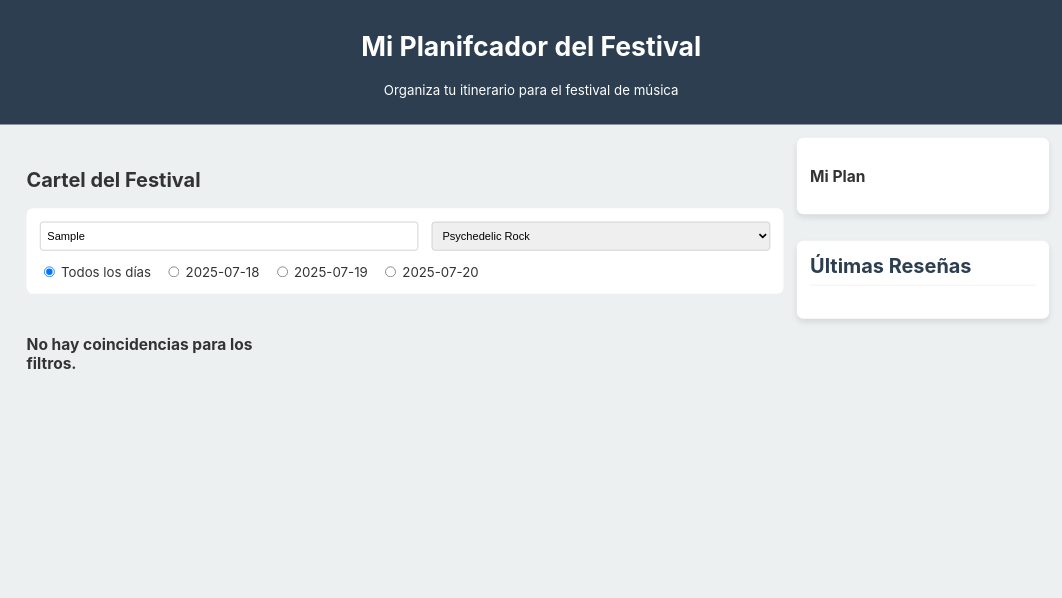
Repository: rotoforze/DWEC
Page: 2_examen_alexBernardos/index.html
These files come from the project's save history. The page is drawn as it stood at one moment and after the next save; the edit follows.
The browser window is 1280 px wide. The pictures show the whole page, at 83% of full size.
Empty fields were first filled with sample values (such as "Sample", 5 or name@example.com).
After loading, the first visible `#filter-genre` was changed once.

Above is the page before, as saved 2025-12-12 12:02:35.

After the next save:
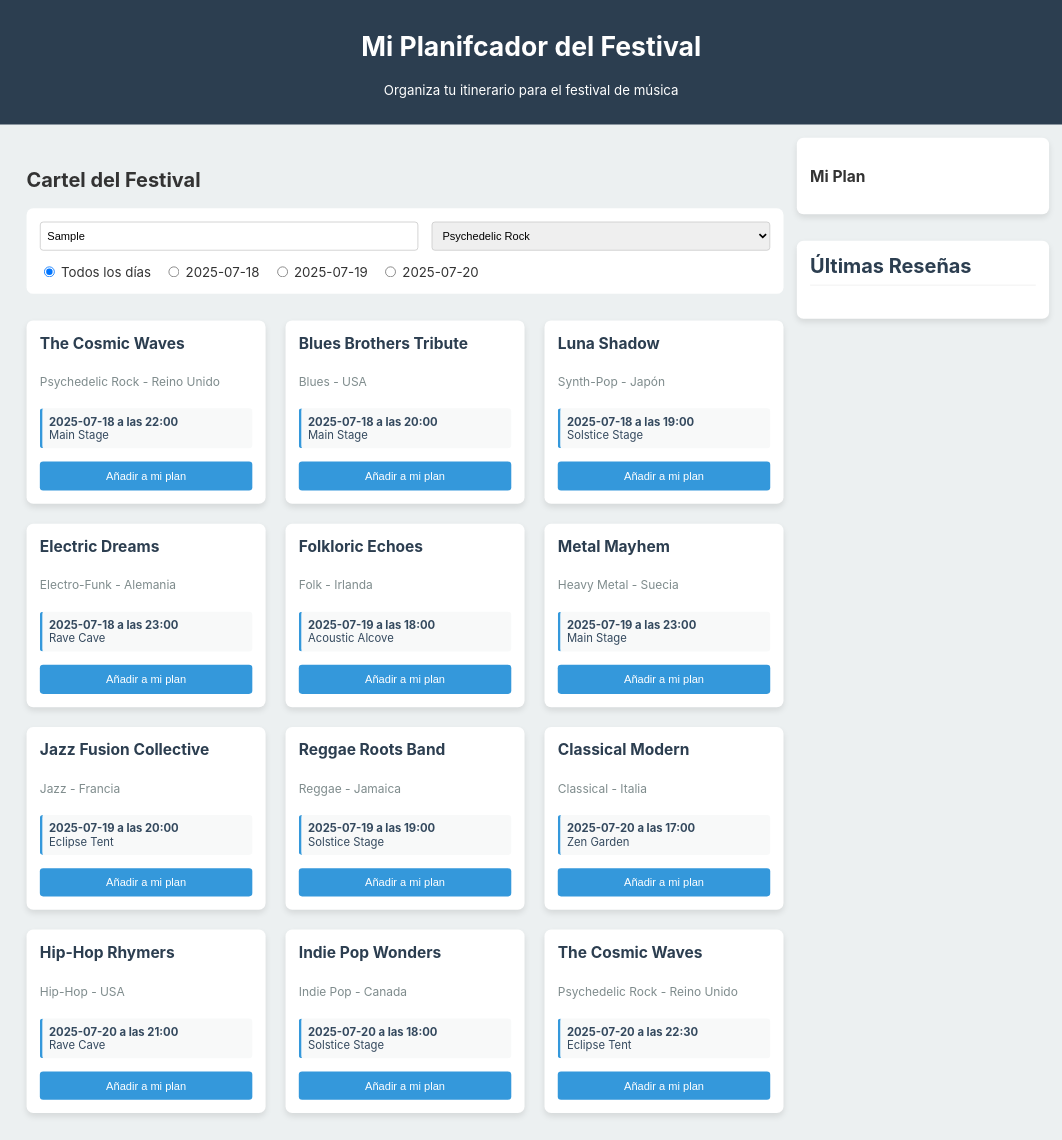
Console error: ReferenceError: consolelog is not defined
Saved 21 s later.
--- a/2_examen_alexBernardos/js/dataManager.js
+++ b/2_examen_alexBernardos/js/dataManager.js
@@ -123,6 +123,7 @@
     // filtro por busqueda
     const busqueda = document.querySelector('#search-name').value;
     if (busqueda) {
+        consolelog(busqueda)
         horariosFiltrados = horariosFiltrados.filter((horario) => {
             if (getArtista(horario.artistaId).nombre.toLowerCase() == busqueda.toLowerCase()) {
                 return horario;

After the save that followed:
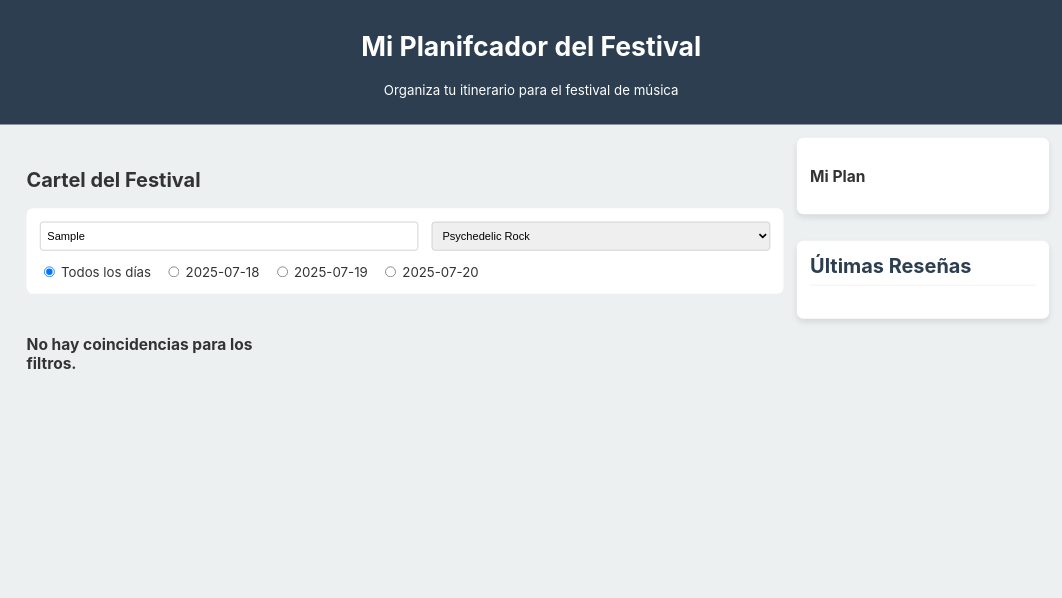
The error is gone.
Saved 5 s later.
--- a/2_examen_alexBernardos/js/dataManager.js
+++ b/2_examen_alexBernardos/js/dataManager.js
@@ -123,7 +123,7 @@
     // filtro por busqueda
     const busqueda = document.querySelector('#search-name').value;
     if (busqueda) {
-        consolelog(busqueda)
+        console.log(busqueda)
         horariosFiltrados = horariosFiltrados.filter((horario) => {
             if (getArtista(horario.artistaId).nombre.toLowerCase() == busqueda.toLowerCase()) {
                 return horario;
